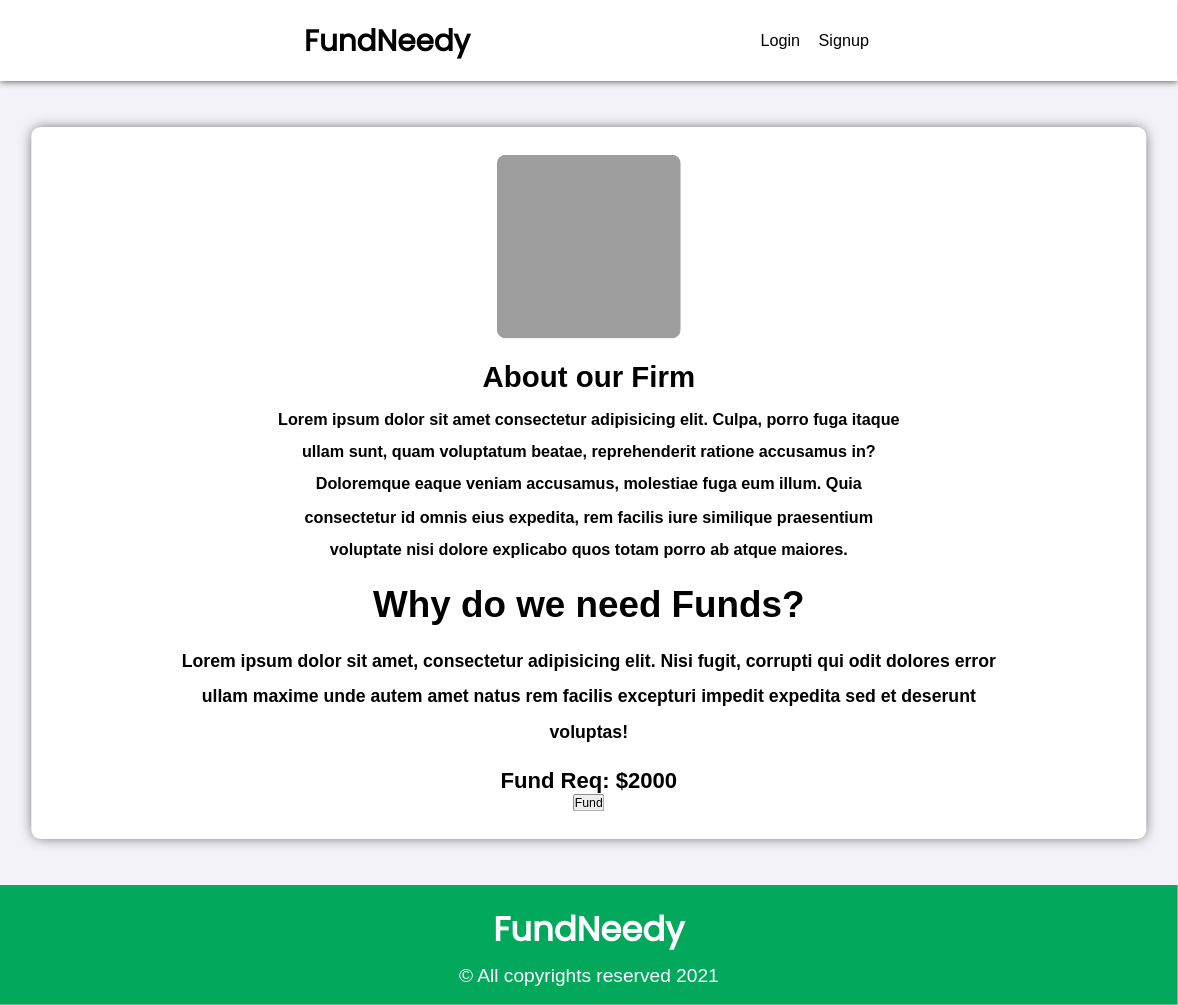
Repository: osdc/codejam
Page: /firmname (app in sassy-sandwiches/fund-needy/)
An editor plug-in stored every save of this project. The page is shown before and after the next save, followed by the edit.
The browser window is 1280 px wide. The pictures show the whole page, at 92% of full size.
Pictures or frames that could not be fetched are drawn as grey boxes. The project was rebuilt for these pictures with package versions that can differ from the ones it lists, and the page was loaded fresh each time. Also part of the build but not shown: sassy-sandwiches/fund-needy/src/Showcase.css, sassy-sandwiches/fund-needy/src/Showcase.js, sassy-sandwiches/fund-needy/src/Needies.css, sassy-sandwiches/fund-needy/src/Needy.css, sassy-sandwiches/fund-needy/src/Needy.js, sassy-sandwiches/fund-needy/src/Needies.js.

Above is the page before, as saved 2021-01-09 22:23:38.

### sassy-sandwiches/fund-needy/public/index.html
<!DOCTYPE html>
<html lang="en">
  <head>
    <meta charset="utf-8" />
    <link rel="icon" href="%PUBLIC_URL%/favicon.ico" />
    <meta name="viewport" content="width=device-width, initial-scale=1" />
    <meta name="theme-color" content="#000000" />
    <meta
      name="description"
      content="Web site created using create-react-app"
    />
    <link rel="apple-touch-icon" href="%PUBLIC_URL%/logo192.png" />
    <link rel="manifest" href="%PUBLIC_URL%/manifest.json" />
    <title>FundNeedy</title>
  </head>
  <body>
    <noscript>You need to enable JavaScript to run this app.</noscript>
    <div id="root"></div>
  </body>
</html>

### sassy-sandwiches/fund-needy/src/App.js
import React from "react";
import "./App.css";
import Navbar from "./Navbar";
import Showcase from "./Showcase";
import Needies from "./Needies";
import Footer from "./Footer";
import { BrowserRouter as Router, Route, Switch } from "react-router-dom";
import FirmFund from "./FirmFund";

function App() {
  return (
    <div className="App">
      <Router>
        <Navbar />
        <Switch>
          <Route exact path="/" component={Showcase} />
          <Route path="/needies" component={Needies} />
          <Route path="/firmname" component={FirmFund} />
        </Switch>
        <Footer />
      </Router>
    </div>
  );
}

export default App;

### sassy-sandwiches/fund-needy/src/App.css
* {
  margin: 0;
  padding: 0;
  font-family: Arial, Helvetica, sans-serif;
}

body {
  background-color: #f3f2f8;
}

### sassy-sandwiches/fund-needy/src/Navbar.js
import React from "react";
import "./Navbar.css";

function Navbar() {
  return (
    <div className="navbar">
      <div className="navbar_logo">
        <h1>FundNeedy</h1>
      </div>
      <div className="navbar_login_signup">
        <button>Login</button>
        <button>Signup</button>
      </div>
    </div>
  );
}

export default Navbar;

### sassy-sandwiches/fund-needy/src/Footer.js
import React from "react";
import "./Footer.css";

function Footer() {
  return (
    <div className="footer">
      <h1>FundNeedy</h1>
      <p>© All copyrights reserved 2021</p>
    </div>
  );
}

export default Footer;

### sassy-sandwiches/fund-needy/src/FirmFund.js
import React from "react";
import "./FirmFund.css";

function FirmFund() {
  return (
    <div className="firmFund">
      <div className="firmFund_image">
        <img
          src="https://i.pinimg.com/originals/ba/fc/15/bafc1525cef9606c5c064694ca8e60fb.jpg"
          alt=""
        />
      </div>
      <div className="firmFund_about">
        <h2>About our Firm</h2>
        <p>
          Lorem ipsum dolor sit amet consectetur adipisicing elit. Culpa, porro
          fuga itaque ullam sunt, quam voluptatum beatae, reprehenderit ratione
          accusamus in? Doloremque eaque veniam accusamus, molestiae fuga eum
          illum. Quia consectetur id omnis eius expedita, rem facilis iure
          similique praesentium voluptate nisi dolore explicabo quos totam porro
          ab atque maiores.
        </p>
      </div>
      <div className="firmFund_need">
        <h2>Why do we need Funds?</h2>
        <p>
          Lorem ipsum dolor sit amet, consectetur adipisicing elit. Nisi fugit,
          corrupti qui odit dolores error ullam maxime unde autem amet natus rem
          facilis excepturi impedit expedita sed et deserunt voluptas!
        </p>
      </div>
      <div className="firmFund_fund">
        <h2>Fund Req: $2000</h2>
        <button>Fund</button>
      </div>
    </div>
  );
}

export default FirmFund;

### sassy-sandwiches/fund-needy/src/Navbar.css
@import url("https://fonts.googleapis.com/css2?family=Poppins&display=swap");

.navbar {
  display: flex;
  align-items: center;
  justify-content: space-evenly;
  padding: 20px;
  -webkit-box-shadow: 0px 1px 8px 0px rgba(0, 0, 0, 0.75);
  -moz-box-shadow: 0px 1px 8px 0px rgba(0, 0, 0, 0.75);
  box-shadow: 0px 1px 8px 0px rgba(0, 0, 0, 0.75);
  background-color: #fff;
  /* position: sticky; */
  top: 0;
  z-index: 10000;
}

.navbar_logo > h1 {
  font-family: "Poppins", sans-serif;
}

.navbar_login_signup {
  display: flex;
  align-items: center;
  justify-content: space-between;
}

.navbar_login_signup > button:nth-of-type(1) {
  margin-right: 10px;
}

.navbar_login_signup > button {
  padding: 5px;
  font-size: 1.1rem;
  outline: none;
  border: none;
  background-color: #fff;
  cursor: pointer;
  width: 100%;
}

### sassy-sandwiches/fund-needy/src/Footer.css
.footer {
  text-align: center;
  background-color: #02a95c;
  color: #fff;
  padding: 20px;
}

.footer > h1 {
  font-size: 2.3rem;
  font-family: "Poppins";
}

.footer > p {
  font-size: 1.3rem;
  font-weight: 400;
  margin-top: 10px;
}

### sassy-sandwiches/fund-needy/src/FirmFund.css
.firmFund {
  text-align: center;
  background-color: #fff;
  padding: 30px;
  width: 90%;
  margin: auto;
  margin-top: 50px;
  margin-bottom: 50px;
  border-radius: 10px;
  -webkit-box-shadow: 0px 0px 15px -3px rgba(0, 0, 0, 0.75);
  -moz-box-shadow: 0px 0px 15px -3px rgba(0, 0, 0, 0.75);
  box-shadow: 0px 0px 15px -3px rgba(0, 0, 0, 0.75);
}

.firmFund_image > img {
  height: 200px;
  width: 200px;
  border-radius: 10px;
}

.firmFund_about > h2 {
  font-size: 2rem;
  margin-top: 20px;
}

.firmFund_about > p {
  width: 60%;
  margin: auto;
  font-size: 1.1rem;
  font-weight: 600;
  margin-top: 10px;
  margin-bottom: 10px;
  line-height: 2;
}

.firmFund_need > h2 {
  font-size: 2.5rem;
  margin-top: 20px;
}

.firmFund_need > p {
  width: 80%;
  margin: auto;
  margin-top: 20px;
  margin-bottom: 20px;
  font-size: 1.2rem;
  font-weight: 700;
  line-height: 2;
}

Loaded but not shown: sassy-sandwiches/fund-needy/src/index.js (common file); sassy-sandwiches/fund-needy/src/index.css (common file)

After the next save:
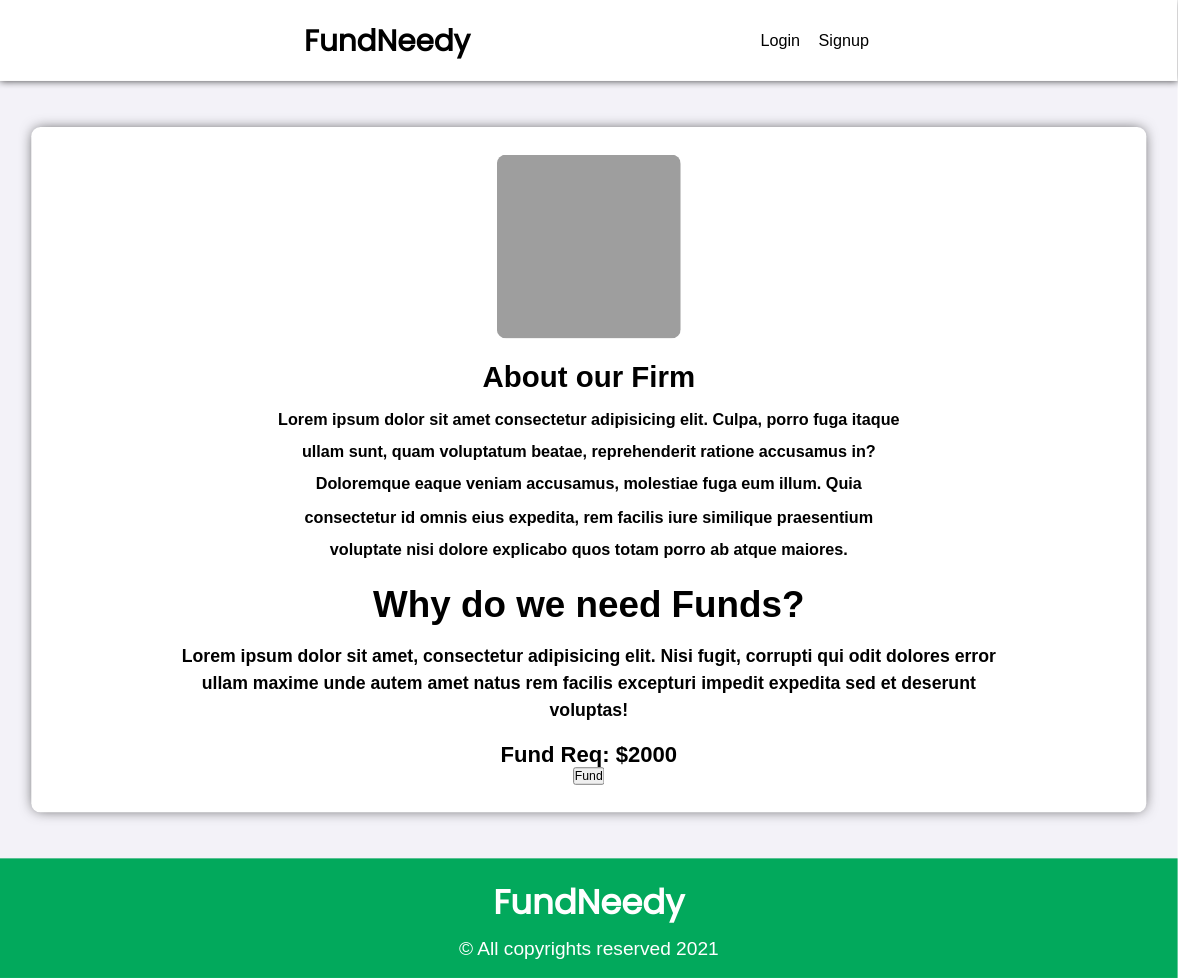
Saved 5 s later.
--- a/sassy-sandwiches/fund-needy/src/FirmFund.css
+++ b/sassy-sandwiches/fund-needy/src/FirmFund.css
@@ -45,5 +45,5 @@
   margin-bottom: 20px;
   font-size: 1.2rem;
   font-weight: 700;
-  line-height: 2;
+  line-height: 1.5;
 }
